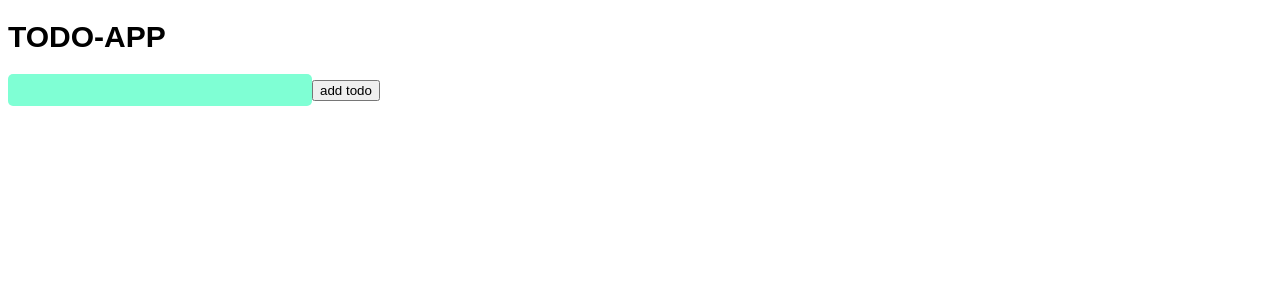
Repository: bilelsalemdev/todo-app
Page: /
The author's editor kept a copy of each file at every save. The page is drawn from the files as they stood at one save, then again after the next save.
The browser window is 1280 px wide. The pictures show the whole page.
The project was rebuilt for these pictures with package versions that can differ from the ones it lists, and the page was loaded fresh each time.

Above is the page before, as saved 2022-11-04 18:01:29.

After the next save:
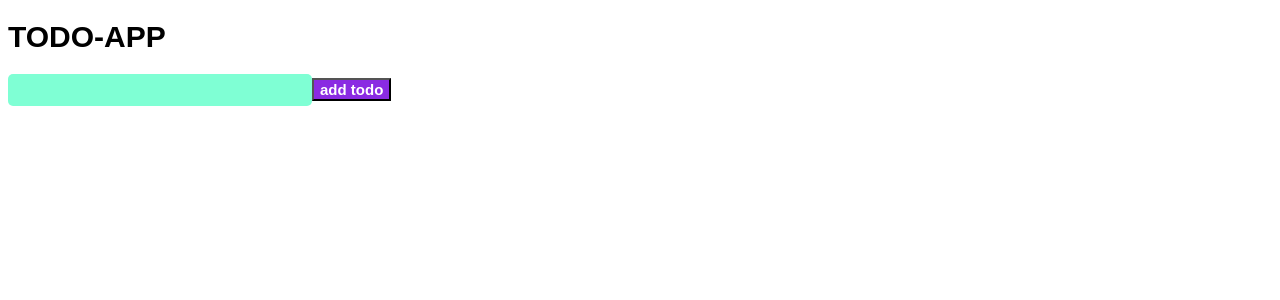
Saved 62 s later.
--- a/src/App.css
+++ b/src/App.css
@@ -15,3 +15,11 @@ height: 30px;
   background-color:azure;
 
 }
+.button{
+  background-color: blueviolet;
+  color: white;
+  font-size:15px;
+  font-weight: bold;
+  font-family: sans-serif;
+
+}
